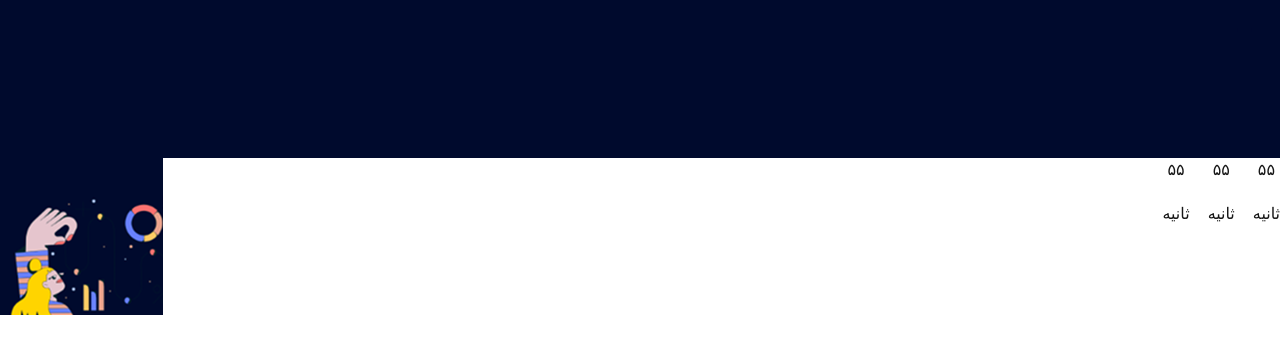
Repository: sinafath/fradars
Page: /
These files come from the project's save history. The page is drawn as it stood at one moment and after a run of saves; the edit follows.
The browser window is 1280 px wide. The pictures show the whole page.
The project was rebuilt for these pictures with package versions that can differ from the ones it lists, and the page was loaded fresh each time. The framework's server and built-in components were replaced by stand-ins that run in the browser. Also part of the build but not shown: next.config.ts.

Above is the page before, as saved 2025-09-21 17:49:51.

After the next 2 saves:
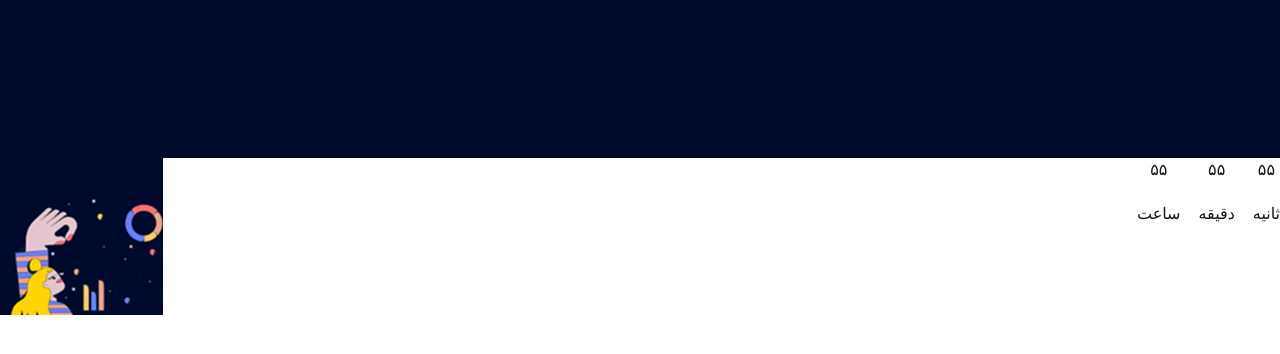
The 2 saves are shown as one change because they came seconds apart.
The last was saved 11 s later.
--- a/src/app/page.tsx
+++ b/src/app/page.tsx
@@ -28,10 +28,10 @@
         </Column >
                <Column className="gap-[20px] text-center">
           <span>۵۵</span>
-          <span>ثانیه</span>
+          <span>دقیقه</span>
         </Column >       <Column className="gap-[20px] text-center">
           <span>۵۵</span>
-          <span>ثانیه</span>
+          <span>ساعت</span>
         </Column >
 
       </Row>
